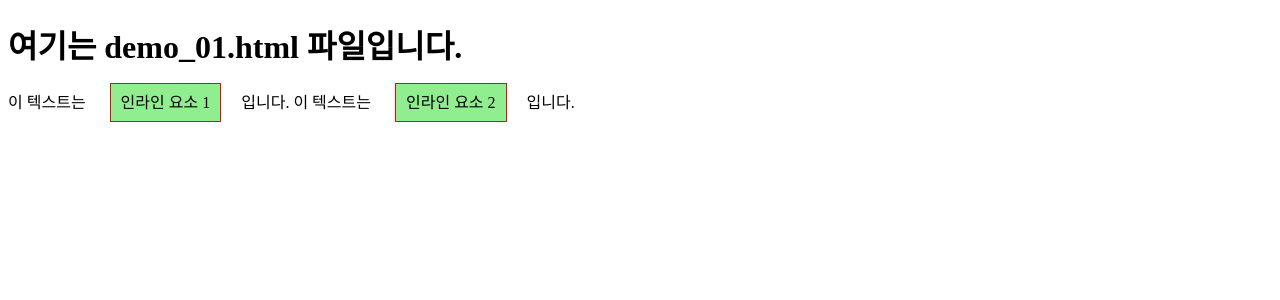
Repository: kimmingyeong225/totalJSP
Page: class_flexbox_011/src/main/webapp/demo_00.html
An editor plug-in stored every save of this project. The page is shown before and after the next save, followed by the edit.
The browser window is 1280 px wide. The pictures show the whole page.

Above is the page before, as saved 2024-07-01 00:26:40.

### class_flexbox_011/src/main/webapp/demo_00.html
<!DOCTYPE html>
<html>
<head>
<meta charset="UTF-8">
<title>인라인요소와패딩그리고마진</title>
<style type="text/css">
	.m-inline{
		background-color:lightgreen;
		padding: 10px;
		margin-top: 200px;
		margin-left: 20px;
		margin-right: 20px;
		border: 1px solid red;

	}
</style>
</head>
<body>
 	<!--  http://localhost:8080/demo1/  -->
    <h1>여기는 demo_01.html 파일입니다.</h1>
    <p>
    이 텍스트는 <span class="m-inline">인라인 요소 1</span>입니다.
    이 텍스트는 <span class="m-inline">인라인 요소 2</span>입니다.
    </p>
</body>
</html>

After the next save:
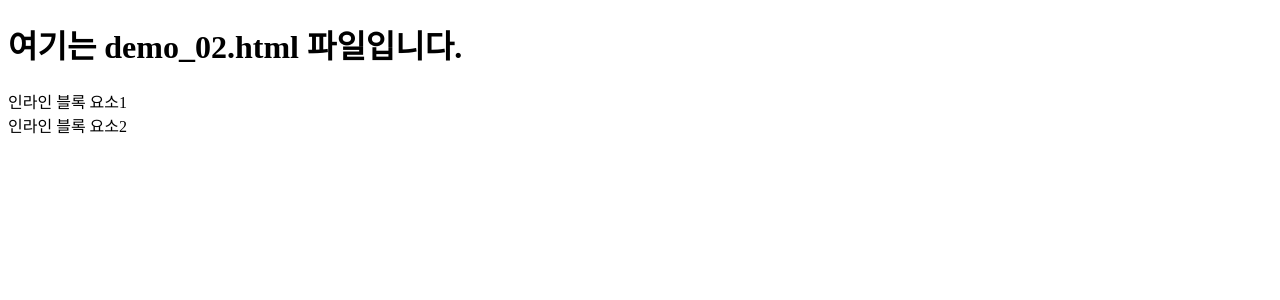
Saved 3 min 10 s later.
--- a/class_flexbox_011/src/main/webapp/demo_00.html
+++ b/class_flexbox_011/src/main/webapp/demo_00.html
@@ -2,7 +2,7 @@
 <html>
 <head>
 <meta charset="UTF-8">
-<title>인라인요소와패딩그리고마진</title>
+<title>인라인블록 요소 예시</title>
 <style type="text/css">
 	.m-inline{
 		background-color:lightgreen;
@@ -16,11 +16,10 @@
 </style>
 </head>
 <body>
- 	<!--  http://localhost:8080/demo1/  -->
-    <h1>여기는 demo_01.html 파일입니다.</h1>
-    <p>
-    이 텍스트는 <span class="m-inline">인라인 요소 1</span>입니다.
-    이 텍스트는 <span class="m-inline">인라인 요소 2</span>입니다.
-    </p>
+ 	<!--  http://localhost:8080/demo1/demo_02.html  -->
+    <h1>여기는 demo_02.html 파일입니다.</h1>
+    <div>인라인 블록 요소1</div>
+    <div>인라인 블록 요소2</div>
+
 </body>
 </html>
